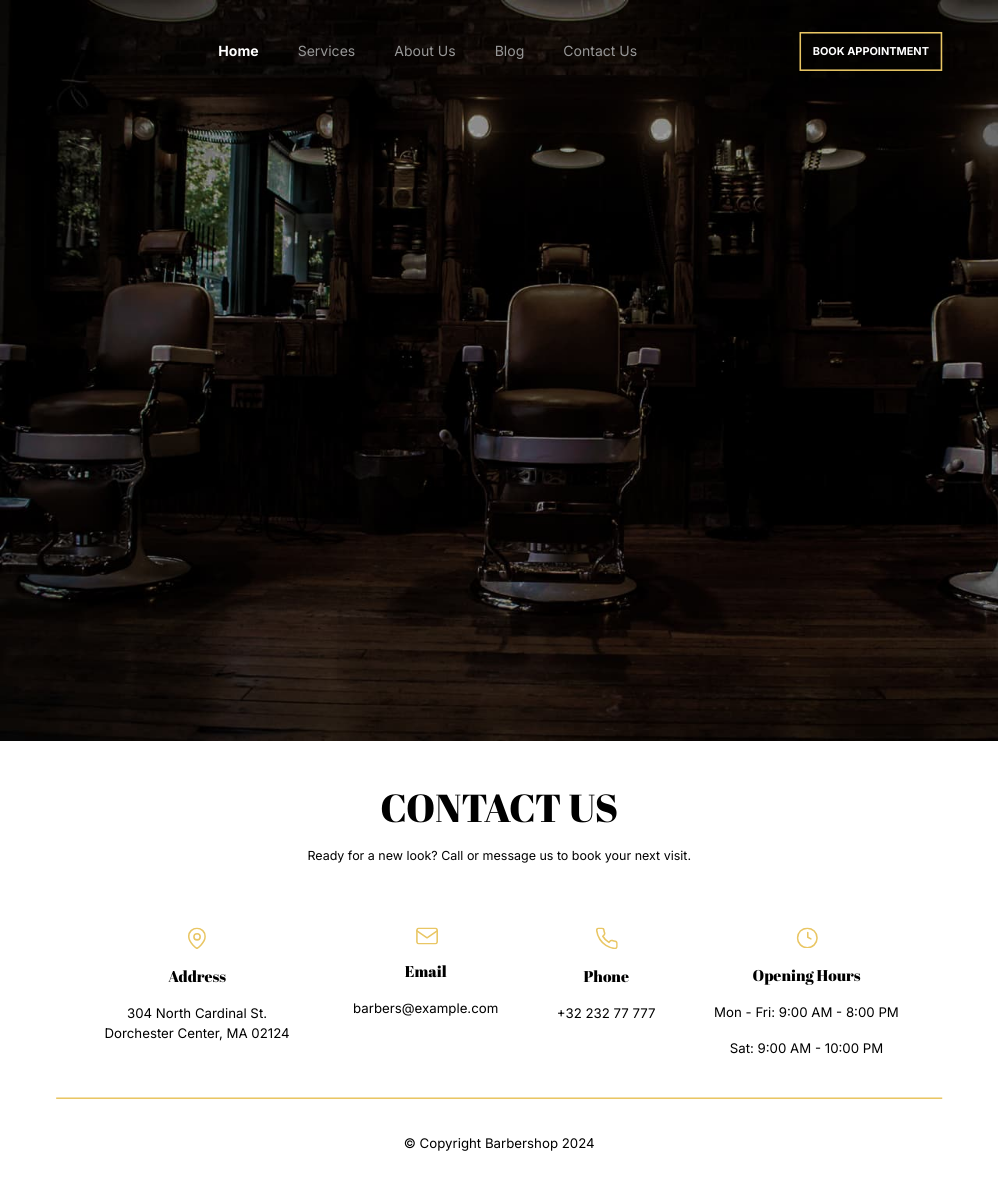
Repository: BogdanLazebnika/barbershop
Page: http://localhost/
The author's editor kept a copy of each file at every save. The page is drawn from the files as they stood at one save, then again after the next save.
The browser window is 1280 px wide. The pictures show the whole page, at 78% of full size.
The page is run by PHP 8.4 with error messages shown; the project is at /var/www/html/.

Above is the page before, as saved 2025-07-16 19:01:20.

After the next save:
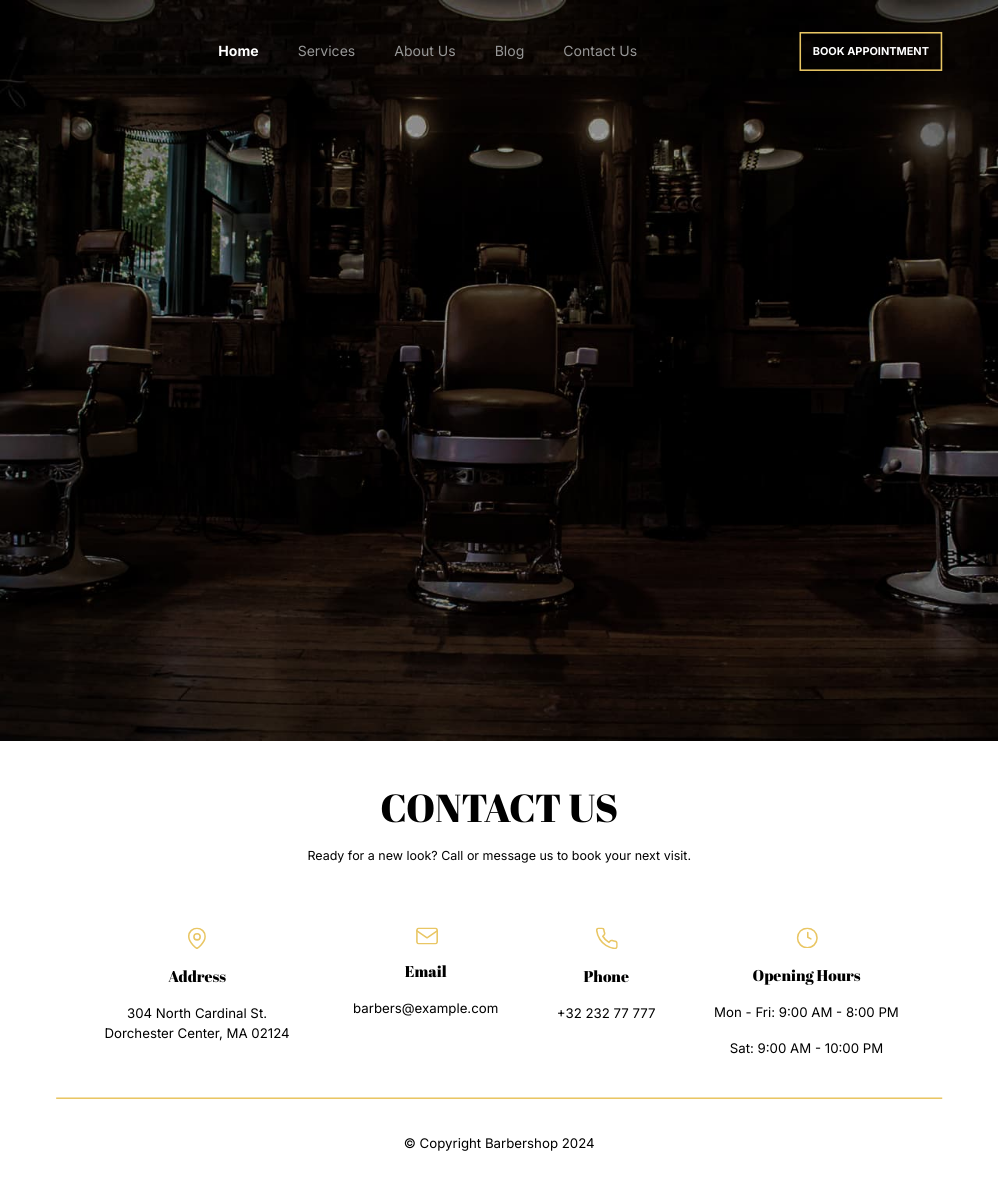
Saved 4 s later.
--- a/assets/css/index.css
+++ b/assets/css/index.css
@@ -7,6 +7,12 @@
 }
 
 .background-image-homepage img {
-
+    position: absolute;
+    top: 0;
+    left: 0;
+    width: 100%;
+    height: 100%;
+    object-fit: cover;
+    z-index: -1; /* Ensure the image is behind other content */
 
 }
